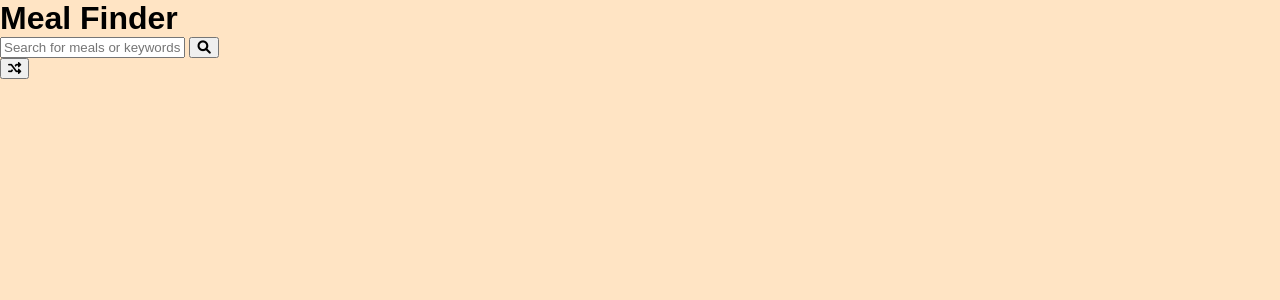
Repository: AbrorjonKuchkarov/search-meal
Page: index.html
The author's editor kept a copy of each file at every save. The page is drawn from the files as they stood at one save, then again after the next save.
The browser window is 1280 px wide. The pictures show the whole page.

Above is the page before, as saved 2022-02-24 23:12:19.

### index.html
<!DOCTYPE html>
<html lang="en">
<head>
   <meta charset="UTF-8">
   <meta http-equiv="X-UA-Compatible" content="IE=edge">
   <meta name="viewport" content="width=device-width, initial-scale=1.0">
   <link rel="stylesheet" href="style.css">
   <link rel="stylesheet" href="https://cdnjs.cloudflare.com/ajax/libs/font-awesome/6.0.0/css/all.min.css">
   <title>Meal Finder</title>
</head>
<body>
   <div class="container">
      <h1>Meal Finder</h1>
      <div class="flex">
         <form id="submit" class="flex" >
            <input type="text" class="search" placeholder="Search for meals or keywords">
            <button id="searchBtn" type="submit" >
               <i class="fas fa-search"></i>
            </button>
         </form>
         <button class="randomBtn" id="random">
            <i class="fas fa-random"></i>
         </button>
      </div>

      <div id="result-handling"></div>
      <div id="meals" class="meals"></div>
      <div id="single-meal"></div>
   </div>


<script src="app.js"></script>
</body>
</html>

### style.css
*{
   box-sizing: border-box;
   margin: 0;
}

body{
   font-family: Arial, Helvetica, sans-serif;
   background-color: bisque;
}

Loaded but not shown: app.js (no copy from this time; the picture is the same without it)

After the next save:
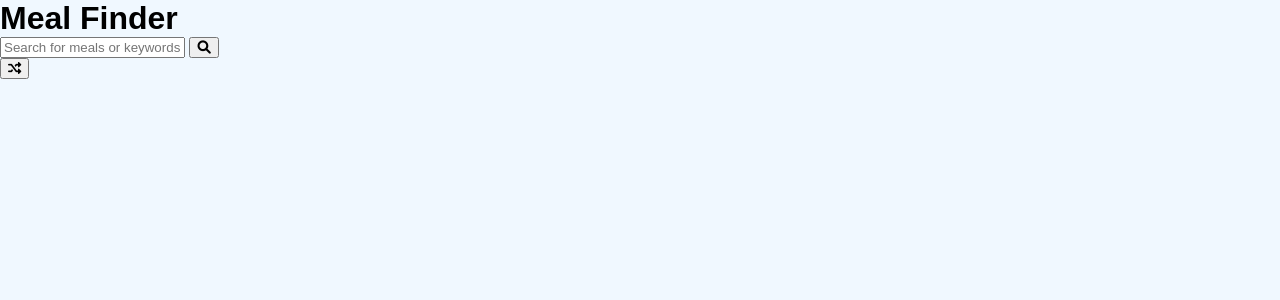
Saved 13 s later.
--- a/style.css
+++ b/style.css
@@ -5,5 +5,5 @@
 
 body{
    font-family: Arial, Helvetica, sans-serif;
-   background-color: bisque;
+   background-color: aliceblue;
 }
